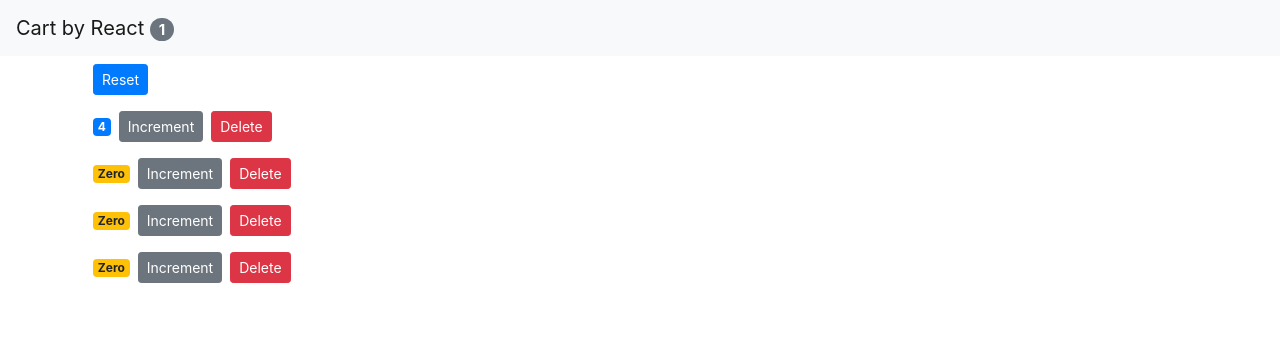
Repository: smk87/First-React-App
Page: /
These files come from the project's save history. The page is drawn as it stood at one moment and after the next save; the edit follows.
The browser window is 1280 px wide. The pictures show the whole page.
The project was rebuilt for these pictures with package versions that can differ from the ones it lists, and the page was loaded fresh each time. Also part of the build but not shown: src/App.css.

Above is the page before, as saved 2019-01-06 14:22:57.

### public/index.html
<!DOCTYPE html>
<html lang="en">
  <head>
    <meta charset="utf-8" />
    <link rel="shortcut icon" href="%PUBLIC_URL%/favicon.ico" />
    <meta
      name="viewport"
      content="width=device-width, initial-scale=1, shrink-to-fit=no"
    />
    <meta name="theme-color" content="#000000" />
    <!--
      manifest.json provides metadata used when your web app is added to the
      homescreen on Android. See https://developers.google.com/web/fundamentals/web-app-manifest/
    -->
    <link rel="manifest" href="%PUBLIC_URL%/manifest.json" />
    <!--
      Notice the use of %PUBLIC_URL% in the tags above.
      It will be replaced with the URL of the `public` folder during the build.
      Only files inside the `public` folder can be referenced from the HTML.

      Unlike "/favicon.ico" or "favicon.ico", "%PUBLIC_URL%/favicon.ico" will
      work correctly both with client-side routing and a non-root public URL.
      Learn how to configure a non-root public URL by running `npm run build`.
    -->
    <title>Cart by React</title>
  </head>
  <body>
    <noscript>You need to enable JavaScript to run this app.</noscript>
    <div id="root"></div>
    <!--
      This HTML file is a template.
      If you open it directly in the browser, you will see an empty page.

      You can add webfonts, meta tags, or analytics to this file.
      The build step will place the bundled scripts into the <body> tag.

      To begin the development, run `npm start` or `yarn start`.
      To create a production bundle, use `npm run build` or `yarn build`.
    -->
  </body>
</html>

### src/App.js
import React, { Component } from "react";
import logo from "./logo.svg";
import "./App.css";
import NavBar from "./components/navbar";
import Counters from "./components/counters";

class App extends Component {
  state = {
    counters: [
      { id: 1, value: 4 },
      { id: 2, value: 0 },
      { id: 3, value: 0 },
      { id: 4, value: 0 }
    ]
  };

  handleDelete = counterId => {
    const counters = this.state.counters.filter(c => c.id !== counterId);
    this.setState({ counters });
  };

  handleReset = () => {
    const reset = this.state.counters.map(c => {
      c.value = 0;
      return c;
    });
    this.setState({ reset });
  };

  handleIncrement = counter => {
    console.log(counter);

    const counters = [...this.state.counters];
    const index = counters.indexOf(counter);
    counters[index] = { ...counter };
    counters[index].value++;
    this.setState({ counters });
  };

  render() {
    return (
      <React.Fragment>
        <NavBar
          totalCounters={this.state.counters.filter(c => c.value > 0).length}
        />
        <main className="container">
          <Counters
            counters={this.state.counters}
            onReset={this.handleReset}
            onIncrement={this.handleIncrement}
            onDelete={this.handleDelete}
          />
        </main>
      </React.Fragment>
    );
  }
}

export default App;

### src/components/navbar.jsx
import React, { Component } from "react";

const NavBar = props => {
  return (
    <nav className="navbar navbar-light bg-light">
      <a className="navbar-brand" href="#">
        Cart by React{" "}
        <span className="badge badge-pill badge-secondary">
          {props.totalCounters}
        </span>
      </a>
    </nav>
  );
};

export default NavBar;

### src/components/counters.jsx
import React, { Component } from "react";
import Counter from "./counter";

class Counters extends Component {
  render() {
    const { onReset, counters, onDelete, onIncrement } = this.props;

    return (
      <div>
        <button onClick={onReset} className="btn btn-primary btn-sm m-2">
          Reset
        </button>

        {counters.map(counter => (
          <Counter
            onDelete={onDelete}
            onIncrement={onIncrement}
            key={counter.id}
            counter={counter}
          />
        ))}
      </div>
    );
  }
}

export default Counters;

### src/components/counter.jsx
import React, { Component } from "react";

class Counter extends Component {
  render() {
    return (
      <div>
        <span className={this.getBadgeClasses()}>{this.formatCount()}</span>
        <button
          onClick={() => this.props.onIncrement(this.props.counter)}
          className="btn btn-secondary btn-sm"
        >
          Increment
        </button>
        <button
          onClick={() => this.props.onDelete(this.props.counter.id)}
          className="btn btn-danger btn-sm m-2"
        >
          Delete
        </button>
      </div>
    );
  }

  getBadgeClasses() {
    let classes = "badge m-2 badge-";
    classes += this.props.counter.value === 0 ? "warning" : "primary";
    return classes;
  }

  formatCount() {
    const { value: count } = this.props.counter;
    return count === 0 ? "Zero" : count;
  }
}

export default Counter;

Loaded but not shown: src/index.js (common file); src/index.css (common file); src/serviceWorker.js (common file)

After the next save:
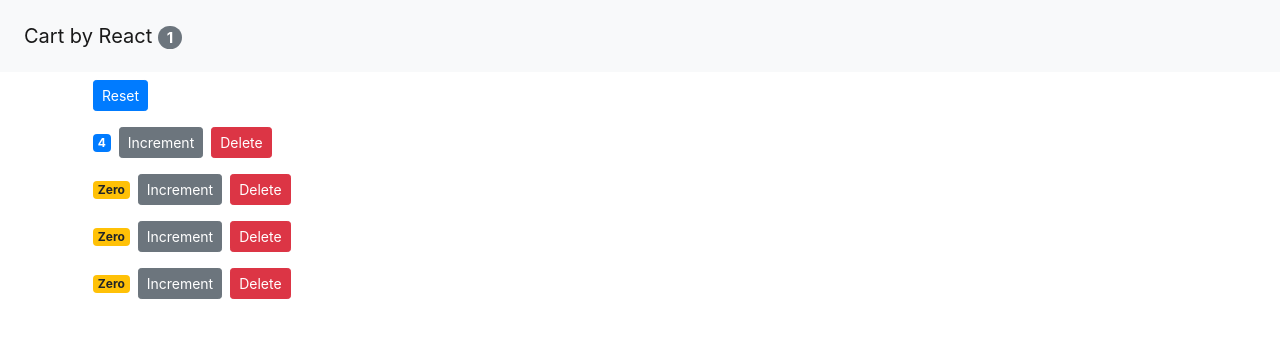
Saved 30 s later.
--- a/src/components/navbar.jsx
+++ b/src/components/navbar.jsx
@@ -3,7 +3,7 @@ import React, { Component } from "react";
 const NavBar = props => {
   return (
     <nav className="navbar navbar-light bg-light">
-      <a className="navbar-brand" href="#">
+      <a className="navbar-brand m-2" href="#">
         Cart by React{" "}
         <span className="badge badge-pill badge-secondary">
           {props.totalCounters}
